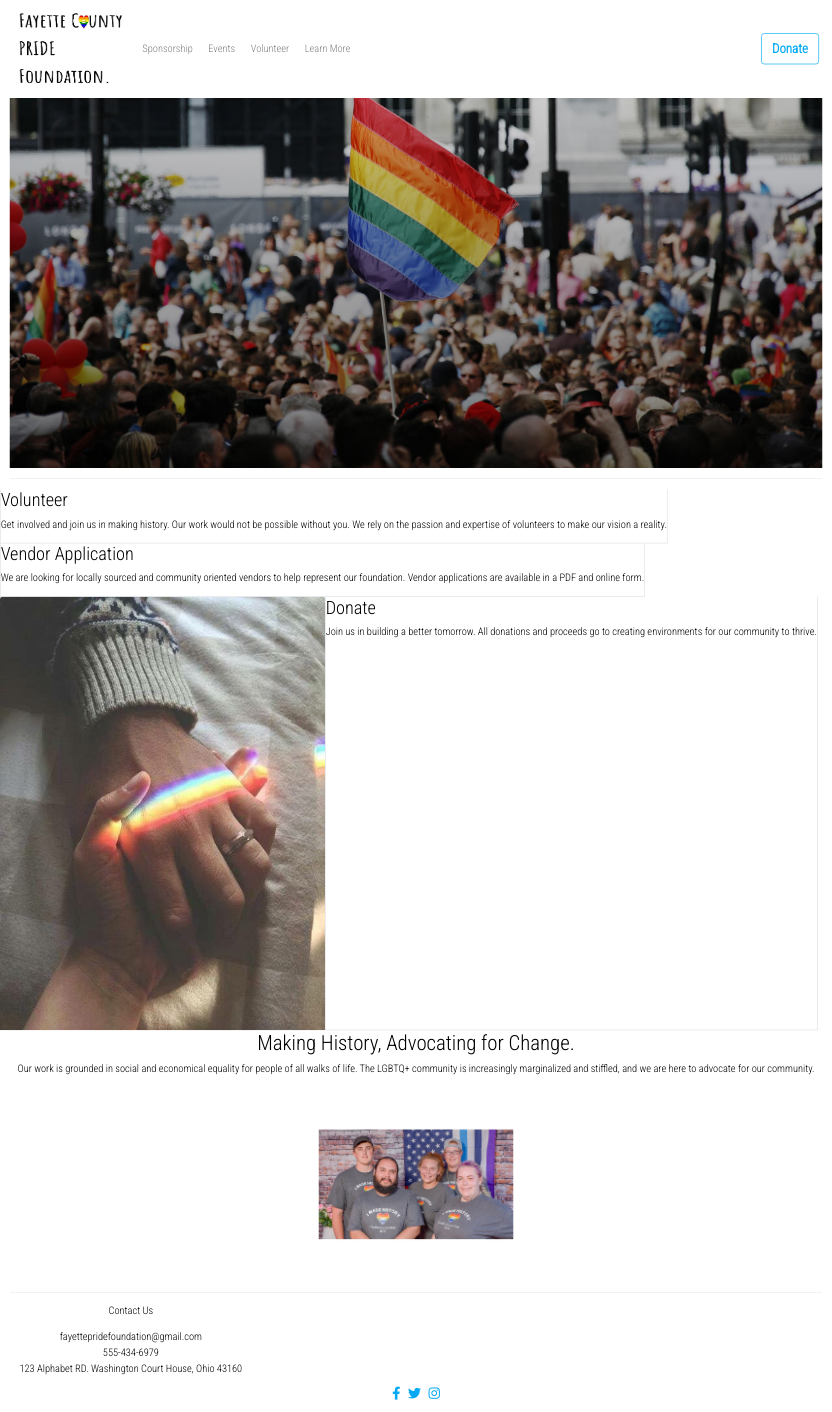
Repository: Code-Institute-Submissions/https-github.com-callendera-Milestone-Project-2
Page: index.html
The author's editor kept a record of every edit. The page is drawn from the files as they stood at one moment, then again after the next edit.
The browser window is 1280 px wide. The pictures show the whole page, at 65% of full size.
Backgrounds fixed to the window are drawn as part of the page. Some web libraries are served in a nearby version.

Above is the page before.

### index.html
<!DOCTYPE html>
<html lang="en">

<head>
    <meta charset="UTF-8">
    <meta name="viewport" content="width=device-width, initial-scale=1.0">
    <meta http-equiv="X-UA-Compatible" content="ie=edge">
    <title>Fayette County PRIDE</title>


    <link href="https://fonts.googleapis.com/css?family=Amatic+SC:700|Roboto+Condensed:300&display=swap" rel="stylesheet">

    <!--this code provides my Icons-->
    <link rel="stylesheet" href="https://use.fontawesome.com/releases/v5.8.1/css/all.css" integrity="sha384-50oBUHEmvpQ+1lW4y57PTFmhCaXp0ML5d60M1M7uH2+nqUivzIebhndOJK28anvf" crossorigin="anonymous">
    <!--this code allows me to use bootstrap styles and pieces of code-->
    <link rel="stylesheet" href="https://stackpath.bootstrapcdn.com/bootstrap/4.3.1/css/bootstrap.min.css" integrity="sha384-ggOyR0iXCbMQv3Xipma34MD+dH/1fQ784/j6cY/iJTQUOhcWr7x9JvoRxT2MZw1T" crossorigin="anonymous">

    <!--links to my style sheet: style.css-->
    <link rel="stylesheet" href="assets/css/style.css" type="text/css" />

</head>

<body>
    <!--NavBar-->

    <!--Navbar styles are given by the class names. and the navbar is fixed at the top to allow a better UX-->


    <nav class="navbar navbar-light my-navbar navbar-expand-sm fixed-top">
        <a class="navbar-brand my-navbar-brand" href="#">
    <img src="assets/images/logo.jpg" width="175" height="125" class="d-inline-block align-top" alt="Fayette County PRIDE logo">
  </a>

        <!--this code allows my navbar tp be compressed into a navbar toggler on smaller screen sizes-->
        <button class="navbar-toggler ml-auto my-navbar-toggler" type="button" data-toggle="collapse" data-target="#navbarNavDropdown" aria-controls="navbarNavDropdown" aria-expanded="false" aria-label="Toggle navigation">
            <span class="navbar-toggler-icon my-navbar-toggler-icon"></span></button>


        <!--this code targets the toggler-->
        <div class="collapse navbar-collapse" id="navbarNavDropdown">
            <!--these are my links to navigate you through the site-->
            <ul class="navbar-nav my-navbar-nav mr-auto justify-content-center">
                <li class="nav-item mr-2"><a class="nav-link my-nav-link" href="//">Sponsorship</a></li>
                <li class="nav-item mr-2"><a class="nav-link my-nav-link" href="//">Events</a></li>
                <li class="nav-item mr-2"><a class="nav-link my-nav-link" href="//">Volunteer</a></li>
                <li class="nav-item mr-6"><a class="nav-link my-nav-link" href="contact.html">Learn More</a></li>
            </ul>
            <!--This code blocks the button and text from being shown on small screens, but appears on larger screen sizes-->
            <div class="d-none d-lg-block">
                <!--gives the viewer the oportunity to become a sponsor while still browsing the site-->

                <a href="contact.html"><button type="button" class="btn btn-lg my-nav-btn btn-success my-btn">Donate</button></a>
            </div>
        </div>
    </nav>
    <!--navbar-->

    <!--CallOut-->
    <!-- this div allows for a full width container, spanning the entire width of the viewport.-->
    <div class="container-fluid">


        <!--holds the background picture for the landing page-->

        <div class="col-12 callout-container">




        </div>
        <!--callout-->
        <hr>
        <!--Involved-->
        <div class="row">
            <div class="involved-div">
                <!--<img src="assets/images/rainbow.jpg" class="rounded-top float-right" alt="...">-->
            </div>
            <span class="border-top-0 border">
                <h3>Volunteer</h3>
               <p>Get involved and join us in making history. Our work would not be possible without you. We rely on the passion and expertise of volunteers to make our vision a reality.</p>
            </span>
        </div>
        <div class="row">
            <div class="involved-div">
                <!--<img src="assets/images/vendors.jpg" class="rounded-top float-right" alt="...">-->
            </div>
            <span class="border-top-0 border">
                <h3>Vendor Application</h3>
             <p>We are looking for locally sourced and community oriented vendors to help represent our foundation. Vendor applications are available in a PDF and online form.</p>
            </span>
        </div>
        <div class="row">
            <div class="involved-div">
                <img src="assets/images/holding.jpg" class="rounded-top float-right" alt="...">
            </div>
            <span class="border-top-0 border">
                <h3>Donate</h3>
                <p>Join us in building a better tomorrow. All donations and proceeds go to creating environments for our community to thrive.</p>
            </span>
        </div>
        <!--<div class="row">-->
        <!-- col-4 to make the 3 divs be in 3 columns for large and medium screens, col-12 for smaller screens to have each div on its own line-->
        <!--    <div class="col-12 my-icon">-->
        <!--        <a href="//"><i class="fas fa-hands-helping volunteer-icon"></i></a>-->
        <!--        <h3>Volunteer</h3>-->
        <!--        <p>Get involved and join us in making history. Our work would not be possible without you. We rely on the passion and expertise of volunteers to make our vision a reality.</p>-->
        <!--    </div>-->
        <!--    <div class="col-12 my-icon">-->
        <!--        <a href="//"><i class="fas fa-file"></i></a>-->
        <!--        <h3>Vendor Application</h3>-->
        <!--        <p>We are looking for locally sourced and community oriented vendors to help represent our foundation. Vendor applications are available in a PDF and online form.</p>-->
        <!--    </div>-->
        <!--    <div class="col-12 my-icon">-->
        <!--        <a href="//"><i class="fas fa-donate"></i></a>-->
        <!--        <h3>Donate</h3>-->
        <!--        <p>Join us in building a better tomorrow. All donations and proceeds go to creating environments for our community to thrive.</p>-->
        <!--    </div>-->
        <!--</div>-->

        <div class="row text-center">
            <div class="col-12 history-col">
                <h2>Making History, Advocating for Change.</h2>
                <p>Our work is grounded in social and economical equality for people of all walks of life. The LGBTQ+ community is increasingly marginalized and stiffled, and we are here to advocate for our community. </p>
            </div>
            <div class="col-12">
                <img src="assets/images/group.png" width="300" height="300" class="rounded" alt="">
            </div>
        </div>



        <!--involved-->
        <hr>

        <footer>
            <div class="row text-center">


                <div class="contact-container">
                    <!--entire section gives the user the info on how to contact the band-->
                    <div class="col-12">


                        <div class="col-12">
                            <p>Contact Us
                                <p>

                                    <p>fayettepridefoundation@gmail.com</br>
                                        555-434-6979</br>
                                        123 Alphabet RD. Washington Court House, Ohio 43160
                                        <p>

                        </div>


                    </div>
                </div>
                <div class="col-12 social-container">
                    <div>



                        <!--all social media links are placed within a span to allow them to line up inline-->
                        <ul class="list-inline social-media">
                            <!--atrribute is given to make the social media symbol a link to the facebook page-->
                            <li class="list-inline-item"><a href="//" target="_blank"><i class="fab fa-facebook-f"></i>
                    <span class="sr-only">Facebook</span></a></li>
                            <!--atrribute is given to make the social media symbol a link to the twitter page-->
                            <li class="list-inline-item"><a href="//" target="_blank"><i class="fab fa-twitter"></i>
                    <span class="sr-only">Twitter</span></a></li>
                            <!--atrribute is given to make the social media symbol a link to the youtube page-->
                            <li class="list-inline-item"><a href="//" target="_blank"><i class="fab fa-instagram"></i>
                    <span class="sr-only">Instagram</span></a></li>
                        </ul>
                    </div>
                </div>
            </div>
        </footer>
        <!--contactinfo-->
    </div>
    <!--script used for DOM manipulation in modal-->
    <script src="https://code.jquery.com/jquery-3.3.1.slim.min.js" integrity="sha384-q8i/X+965DzO0rT7abK41JStQIAqVgRVzpbzo5smXKp4YfRvH+8abtTE1Pi6jizo" crossorigin="anonymous"></script>

    <!--positioning engine, used throughout webpage-->
    <script src="https://cdnjs.cloudflare.com/ajax/libs/popper.js/1.14.7/umd/popper.min.js" integrity="sha384-UO2eT0CpHqdSJQ6hJty5KVphtPhzWj9WO1clHTMGa3JDZwrnQq4sF86dIHNDz0W1" crossorigin="anonymous"></script>

    <!--script needed to link my bootstrap classes-->
    <script src="https://stackpath.bootstrapcdn.com/bootstrap/4.3.1/js/bootstrap.min.js" integrity="sha384-JjSmVgyd0p3pXB1rRibZUAYoIIy6OrQ6VrjIEaFf/nJGzIxFDsf4x0xIM+B07jRM" crossorigin="anonymous"></script>

    </div>

</body>

</html>

### assets/css/style.css

/*--Background Styles--*/
body {
    font-family: 'Roboto Condensed', sans-serif;

    background-color: #ffffff;
    color: black;
}

.callout-container {
    /*--- sets background image for callout container. it is set to not repeat, so the image doesnt stretch, and the image will be centered horizontally and pushed to the top of the container. the background will also not scroll, but remained positioned so things will scroll past it---*/
    background: url("../images/crowd.jpg")no-repeat center center fixed;
    /*--- adjusts background for different browsers ---*/
    -webkit-background-size: cover;
    -moz-background-size: cover;
    -o-background-size: cover;
    background-size: cover;

    /*--- makes the background fit to the container ---*/
    overflow: hidden;

    /*--- aligns and justifies text in container ---*/
    align-items: center;
    justify-content: center;
    /*--- the height that container will take up in the viewport ---*/
    height: 100vh;

}

.involved-container {
    color: black;
    padding-top: 500px;

    /*--- makes the background fit to the container ---*/
    overflow: hidden;

    /*--- aligns and justifies text in container ---*/
    align-items: center;
    justify-content: center;
    /*--- the height that container will take up in the viewport ---*/
    height: 60vh;

}

.opaque-overlay {
    /*---positioned relative to the nearest positioned ancestor---*/
    position: absolute;
    top: 0;
    left: 0;
    /*--- size of overlay to just cover background image ---*/
    height: 100%;
    width: 100%;
    /*--- color of background to be grey but almost transparent to make white text stand out ---*/
    background-color: rgba(0, 0, 0, 0.55);

    /*---pulls content forward to be visible on Z-index axis---*/
    z-index: 1;

}

/*--Navbar Styles--*/

.my-navbar {
    font-family: 'Roboto Condensed', sans-serif;

    /*--- removes margins automatically set by bootstrap ---*/
    margin: 0;
    /*--- removes padding automatically set by bootstrap ---*/
    padding-left: 20px;
    padding-right: 20px;
    padding-bottom: 0;
    padding-top: 0;
    background-color: #ffffff;
    /*--- color of text white ---*/

    height: 150px;
}

.my-navbar-nav {
    /*--- removes padding automatically set by bootstrap ---*/
    padding-left: 30px;
    /*--- color of text white ---*/


}



.my-nav-link {
    /*--- color of text white ---*/
    color: black;
    /*--- color change transition when hovering over my-nav-link ---*/
    transition: all 0.40s ease-in-out;
    -moz-transition: all 0.40s ease-in-out;
    -webkit-transition: all 0.40s ease-in-out;
    -o-transition: all 0.40s ease-in-out;
    /*--- adjustments for each web browser ---*/
}


.my-navbar-toggler {
    /*--- display to fill contents ---*/
    display: contents;
    width: 2em;
    height: 2em;
    /*--- aligns to fit toggler container ---*/
    vertical-align: middle;
    /*--- content aligned according to parent element ---*/
    content: "";
    /*--- toggler doesn't repeat and it center to container ---*/
    background: no-repeat center center;
    /*--- toggler 100% of toggler container ---*/
    background-size: 100% 100%;

    /*--- color of text white ---*/
    color: black;
    /*--- removes margins automatically set by bootstrap ---*/
    margin-right: 30px;
}

.my-navbar-toggler-icon {
    /*--- color of icon white ---*/
    color: black;

}

.my-navbar-brand {
    font-family: 'Amatic SC', cursive;

}

/*--Buttons--*/

.my-btn {
    /*---blue color--*/
    background-color: #28a74500;
    border-color: #03A9F4;
    color: #03A9F4;
    font-weight: 800;
}

.my-btn:hover {
    /*--- color of background: blue ---*/
    background-color: #03A9F4;
    /*--- when mouse is hovered the button will transition for .40seconds to a darker green color. the color will gradually ease in and then ease out. ---*/
    transition: all 0.40s ease-in-out;
    -moz-transition: all 0.40s ease-in-out;
    -webkit-transition: all 0.40s ease-in-out;
    -o-transition: all 0.40s ease-in-out;
    /*--- adjustments for each web browser ---*/
}

.social-media i {
    /*---blue color--*/
    color: #03A9F4;
    font-size: 20px;
}

.social-media i:hover {
 /*--- color of background: darker green ---*/
    color: #2567ae;
    /*--- when mouse is hovered the button will transition for .40seconds to a darker green color. the color will gradually ease in and then ease out. ---*/
    transition: all 0.40s ease-in-out;
    -moz-transition: all 0.40s ease-in-out;
    -webkit-transition: all 0.40s ease-in-out;
    -o-transition: all 0.40s ease-in-out;
    /*--- adjustments for each web browser ---*/
}


.my-icon i {
    /*---blue color--*/
     color:  #03A9F4;
    font-size: 50px;
}
.my-icon i:hover {
     /*--- color of background: darker blue ---*/
    color: #2567ae;
    /*--- when mouse is hovered the button will transition for .40seconds to a darker blue color. the color will gradually ease in and then ease out. ---*/
    transition: all 0.40s ease-in-out;
    -moz-transition: all 0.40s ease-in-out;
    -webkit-transition: all 0.40s ease-in-out;
    -o-transition: all 0.40s ease-in-out;
    /*--- adjustments for each web browser ---*/
}

/*--- Images ---*/

.involved-div3 {

     background: url("../images/holding.jpg")no-repeat center center;
    /*--- adjusts background for different browsers ---*/
    -webkit-background-size: cover;
    -moz-background-size: cover;
    -o-background-size: cover;
    background-size: cover;

    /*--- makes the background fit to the container ---*/
    overflow: hidden;

    /*--- aligns and justifies text in container ---*/
    align-items: center;
    justify-content: center;

    width: 400px;
    height: 400px;
}

.involved-div2 {

     background: url("../images/vendors.jpg")no-repeat center center;
    /*--- adjusts background for different browsers ---*/
    -webkit-background-size: cover;
    -moz-background-size: cover;
    -o-background-size: cover;
    background-size: cover;

    /*--- makes the background fit to the container ---*/
    overflow: hidden;

    /*--- aligns and justifies text in container ---*/
    align-items: center;
    justify-content: center;

    width: 400px;
    height: 400px;
}

.involved-div1 {

     background: url("../images/rainbow.jpg")no-repeat center center;
    /*--- adjusts background for different browsers ---*/
    -webkit-background-size: cover;
    -moz-background-size: cover;
    -o-background-size: cover;
    background-size: cover;

    /*--- makes the background fit to the container ---*/
    overflow: hidden;

    /*--- aligns and justifies text in container ---*/
    align-items: center;
    justify-content: center;

    width: 400px;
    height: 400px;
}

.involved-margin {
    margin-left: 400px;
    margin-top: 40px;
}

.involved-span {
    width: 300px;
    height: 300px;
    background-color: #03A9F4;
    margin-top: 200px;
    color: #ffffff;
}





/*---MISC.--*/

.involved-container {
    padding: 0px;
}

.cover-heading {
    font-family: 'Amatic SC', cursive;
    font-size: 100px;
    padding-top: 100px;

}

/*---Media Queries--*/

@media (min-width: 576px){
    .my-navbar-nav {
    padding-left: 0px;
}

.opaque-overlay {
   height: 60vh;

}

.involved-container {
    padding: 0px;
}



}

@media (min-width: 992px) {

}

@media (min-width: 1200px){

.opaque-overlay {
   height: 90vh;

}


}

After the next edit:
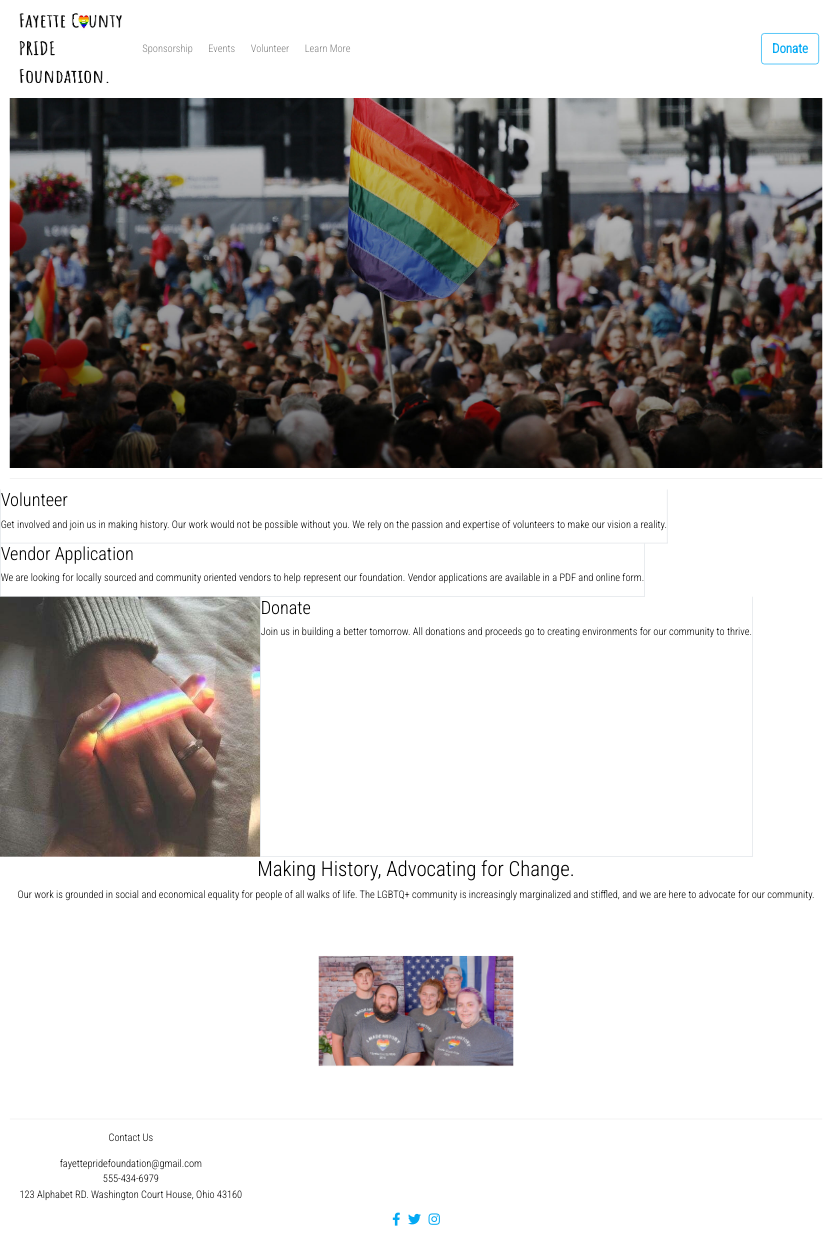
The edit:
--- a/index.html
+++ b/index.html
@@ -90,8 +90,8 @@
             </span>
         </div>
         <div class="row">
-            <div class="involved-div">
-                <img src="assets/images/holding.jpg" class="rounded-top float-right" alt="...">
+            <div class="involved-div3">
+                <!--<img src="assets/images/holding.jpg" class="rounded-top float-right" alt="...">-->
             </div>
             <span class="border-top-0 border">
                 <h3>Donate</h3>
